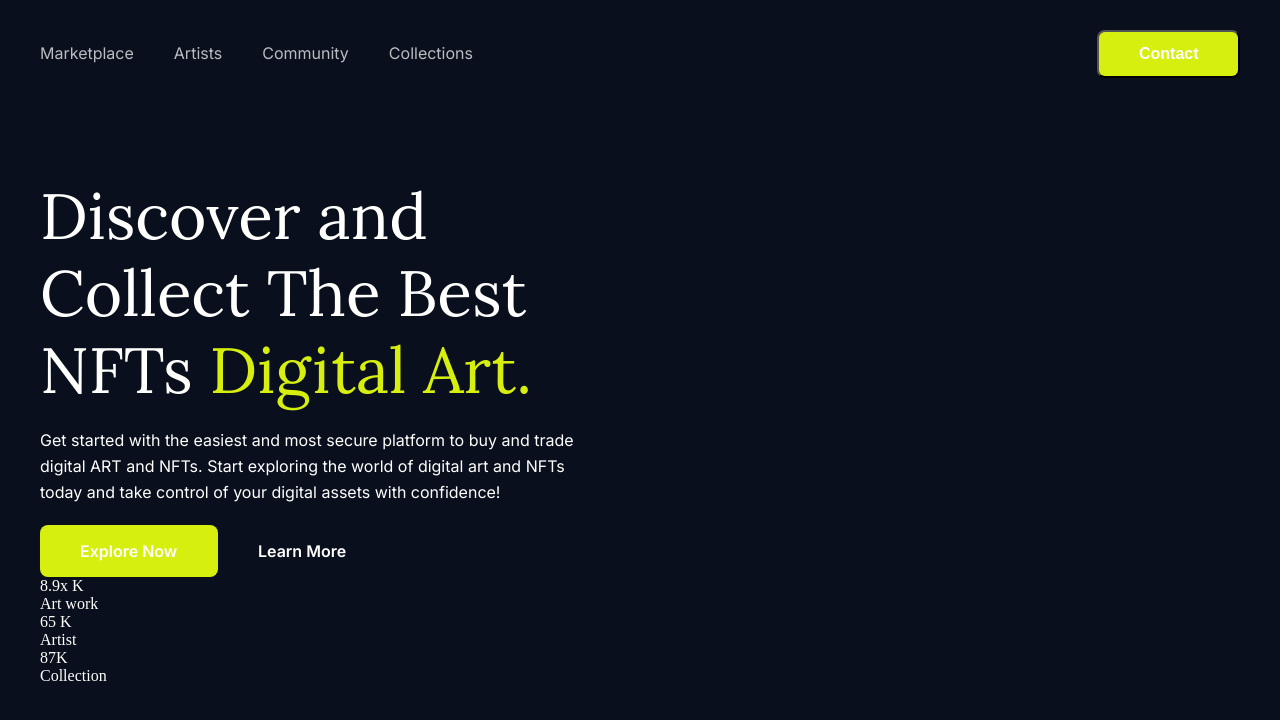
Repository: Kamron5505/NftMarketplace
Page: index.html
The author's editor kept a copy of each file at every save. The page is drawn from the files as they stood at one save, then again after a run of saves.
The browser window is 1280 px wide. The pictures show the whole page.

Above is the page before, as saved 2025-07-08 13:30:50.

After the next 3 saves:
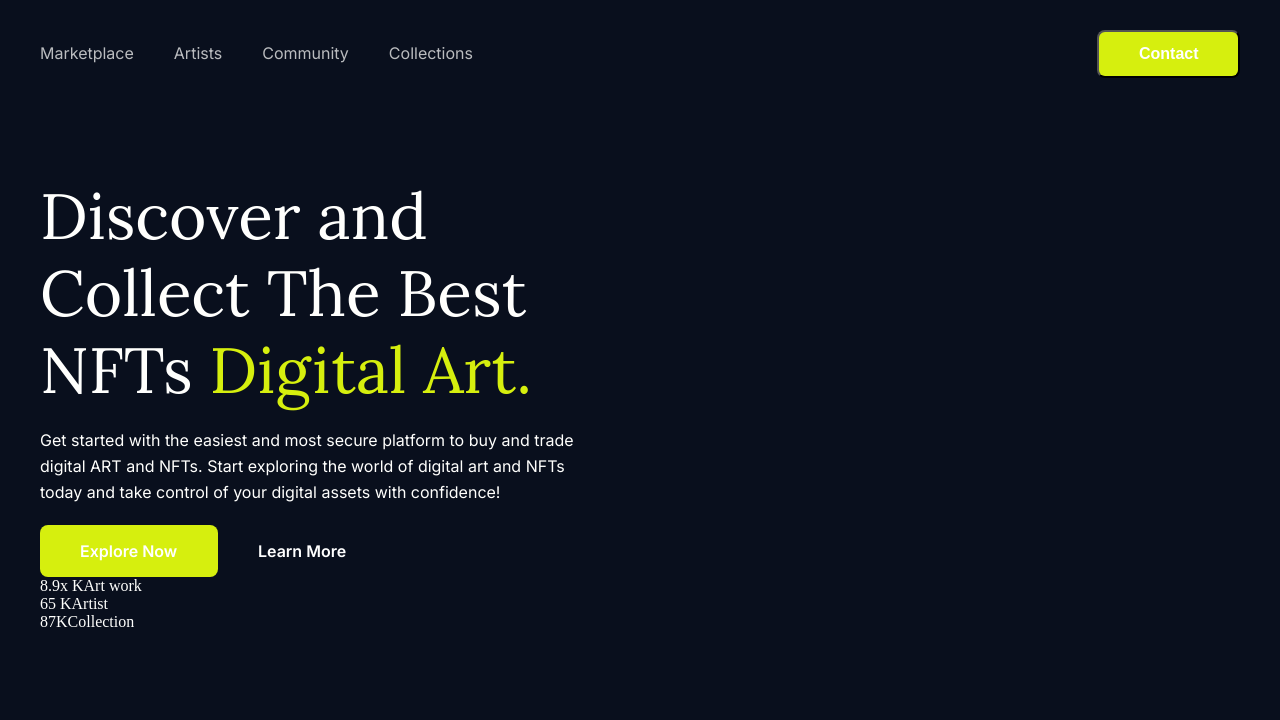
The 3 saves are shown as one change because they came seconds apart.
The last was saved 26 s later.
--- a/style.css
+++ b/style.css
@@ -153,7 +153,10 @@ h6 {
 
 }
 
-.stat {}
+.stat {
+    display: flex;
+
+}
 
 .number {}
 

After the 2 saves that followed:
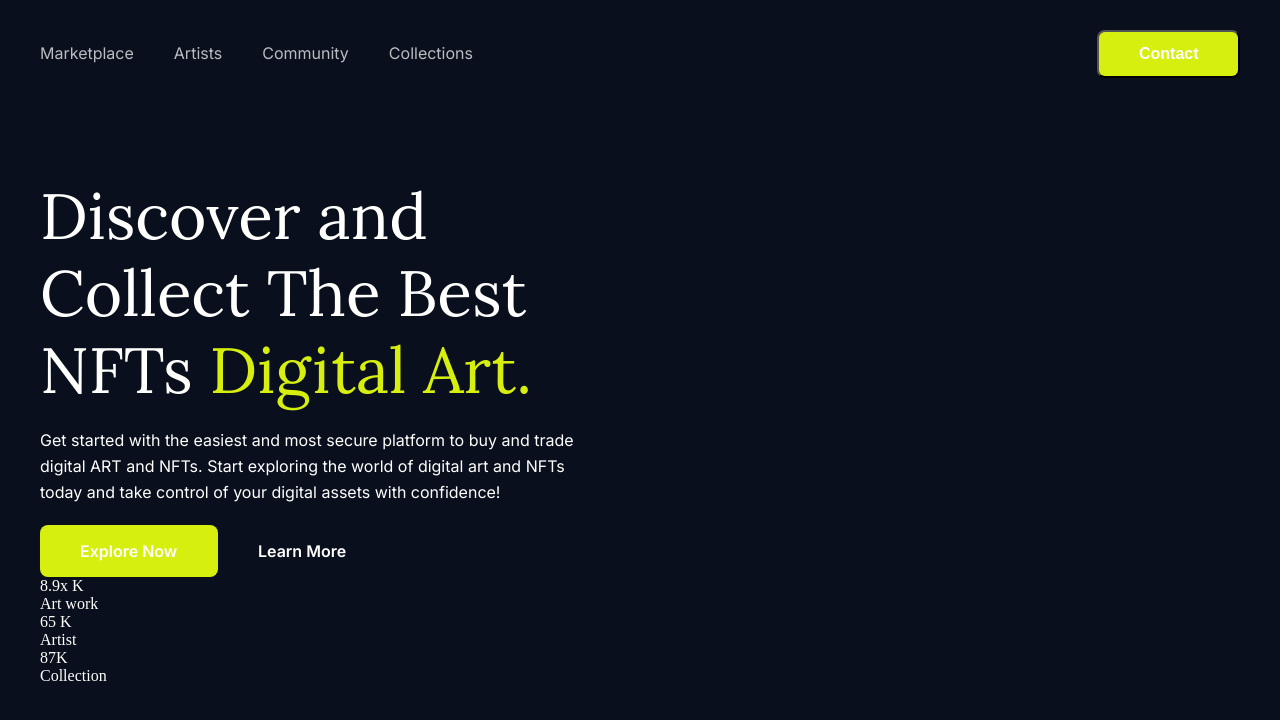
The 2 saves are shown as one change because they came seconds apart.
The last was saved 8 s later.
--- a/style.css
+++ b/style.css
@@ -155,7 +155,7 @@ h6 {
 
 .stat {
     display: flex;
-
+    flex-direction: column;
 }
 
 .number {}
